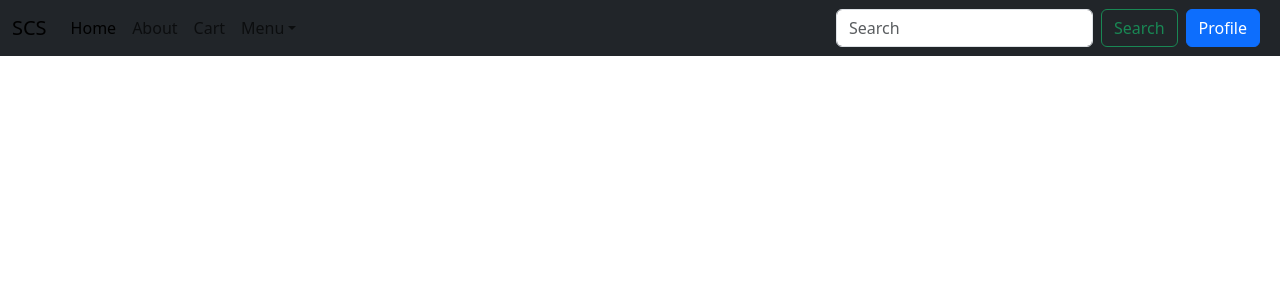
Repository: gitYash03/smart-canteen-system
Page: /
The author's editor kept a copy of each file at every save. The page is drawn from the files as they stood at one save, then again after the next save.
The browser window is 1280 px wide. The pictures show the whole page.
The project was rebuilt for these pictures with package versions that can differ from the ones it lists, and the page was loaded fresh each time. Also part of the build but not shown: src/App.css.

Above is the page before, as saved 2023-08-09 12:58:01.

After the next save:
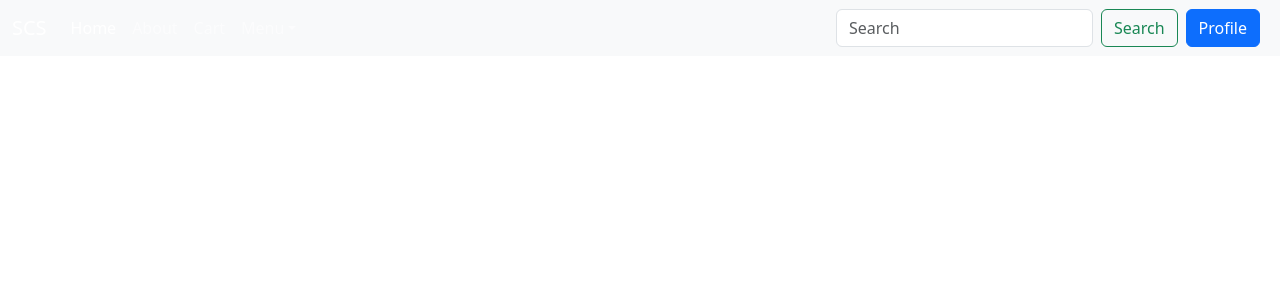
Saved 17 s later.
--- a/src/Components/Navbar.js
+++ b/src/Components/Navbar.js
@@ -3,7 +3,7 @@
 export default function Navbar() {
   return (
     <>
-    <nav className="navbar navbar-expand-lg bg-dark ">
+    <nav className="navbar navbar-expand-lg navbar-dark bg-light ">
         <div className="container-fluid">
             <a className="navbar-brand" href="/">SCS</a>
             <button className="navbar-toggler" type="button" data-bs-toggle="collapse" data-bs-target="/navbarSupportedContent" aria-controls="navbarSupportedContent" aria-expanded="false" aria-label="Toggle navigation">
